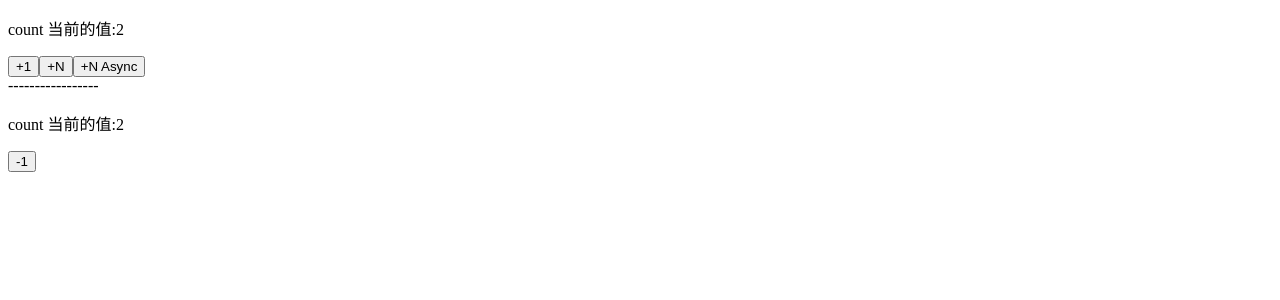
Repository: minika1020/miniprogram
Page: / (app in Desktop/vuex/vuex_demo/)
An editor plug-in stored every save of this project. The page is shown before and after the next save, followed by the edit.
The browser window is 1280 px wide. The pictures show the whole page.
The project was rebuilt for these pictures with package versions that can differ from the ones it lists, and the page was loaded fresh each time.

Above is the page before, as saved 2021-03-18 12:35:28.

After the next save:
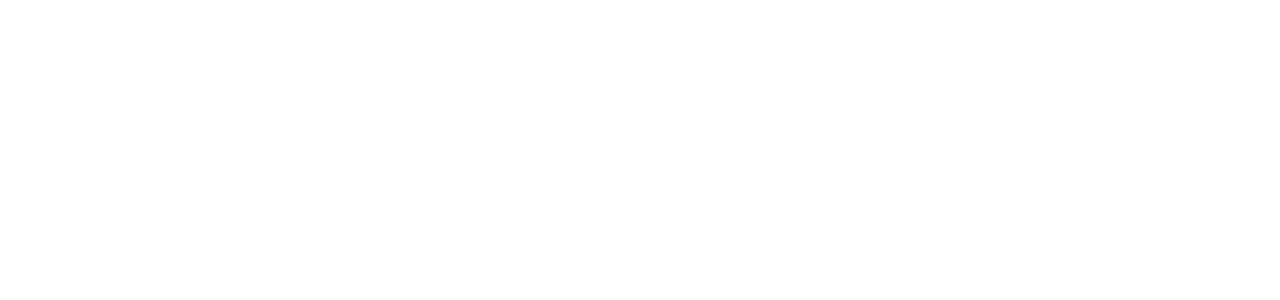
Console error (its wording comes from the project's code and is left out).
Saved 94 s later.
--- a/Desktop/vuex/vuex_demo/src/components/add.vue
+++ b/Desktop/vuex/vuex_demo/src/components/add.vue
@@ -13,9 +13,11 @@
 //第二种方式 获取值,方法
 import { mapState } from 'vuex'
 import { mapMutations } from 'vuex'
+import { mapActives } from 'vuex'
 export default {
   methods: {
     ...mapMutations(['addN']),
+    ...mapActives(['addAsync']),
     btnhandle1() {
       //   this.$store.state.count++ 不使用直接修改
       this.$store.commit('add')
@@ -25,8 +27,10 @@
       this.addN(3)
     },
     btnhandle3() {
-      //   this.$store.commit('addN', 5)
-      this.$store.dispatch('addAsync', 5)
+
+      //   this.$store.dispatch('addAsync', 5)
+      this.addAsyuc(5)
+
     }
   },
   computed: {

After the 2 saves that followed:
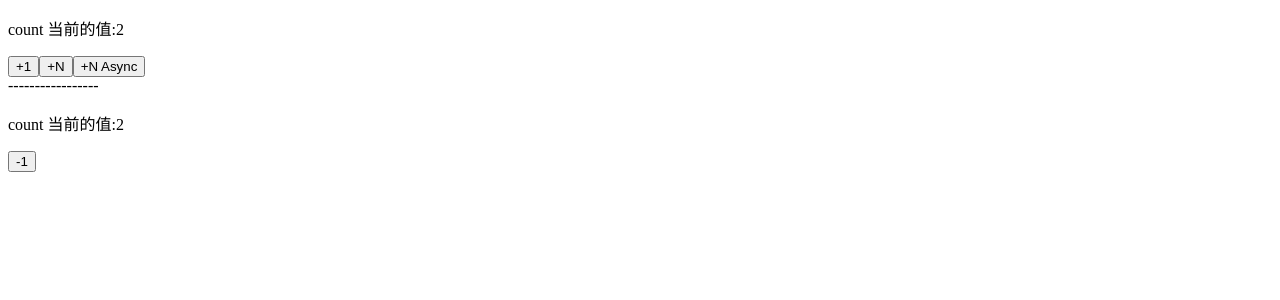
The error is gone.
The 2 saves are shown as one change because 1 left the picture as it was.
The last was saved 72 s later.
--- a/Desktop/vuex/vuex_demo/src/components/add.vue
+++ b/Desktop/vuex/vuex_demo/src/components/add.vue
@@ -13,11 +13,11 @@
 //第二种方式 获取值,方法
 import { mapState } from 'vuex'
 import { mapMutations } from 'vuex'
-import { mapActives } from 'vuex'
+import { mapActions } from 'vuex'
 export default {
   methods: {
     ...mapMutations(['addN']),
-    ...mapActives(['addAsync']),
+    ...mapActions(['addAsync']),
     btnhandle1() {
       //   this.$store.state.count++ 不使用直接修改
       this.$store.commit('add')
@@ -29,7 +29,7 @@
     btnhandle3() {
 
       //   this.$store.dispatch('addAsync', 5)
-      this.addAsyuc(5)
+      this.addAsync(5)
 
     }
   },
